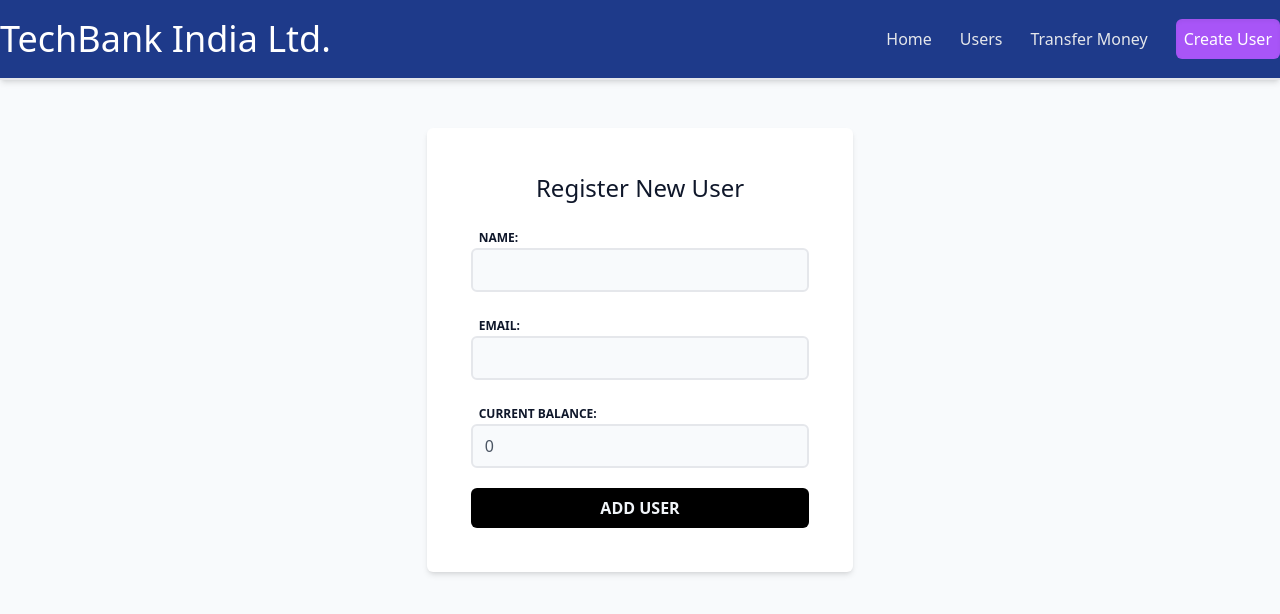
Repository: gauribhardwajj/Banking-System-TSF
Page: /createUser
An editor plug-in stored every save of this project. The page is shown before and after the next save, followed by the edit.
The browser window is 1280 px wide. The pictures show the whole page.
The project was rebuilt for these pictures with package versions that can differ from the ones it lists, and the page was loaded fresh each time. A package was used in the major version that the imports need, not the one package.json lists. The framework's server and built-in components were replaced by stand-ins that run in the browser. Also part of the build but not shown: next.config.js.

Above is the page before, as saved 2024-07-26 00:30:36.

### pages/createUser.js
import { useRouter } from "next/router";
import { useState } from "react";
import Navbar from "../components/Navbar";
import { createuser } from "../utils/request";
import Head from "next/head";

function CreateUser() {
  const [name, setName] = useState("");
  const [email, setEmail] = useState("");
  const [currentBalance, setCurrentBalance] = useState(0);
  const [errorMessage, setErrorMessage] = useState("");
  const [loading, setLoading] = useState(false);

  const router = useRouter();

  const createUser = async (e) => {
    e.preventDefault();
    if (loading) return;

    const payload = {
      name,
      email,
      currentBalance,
    };
    setLoading(true);
    const user = await createuser(payload);

    if (user.hasError) {
      setErrorMessage(user.errorMessage);
    } else {
      setErrorMessage("");
      setName("");
      setEmail("");
      setCurrentBalance(null);
      router.replace("/");
    }
    setLoading(false);
  };

  return (
    <div className="min-h-screen w-full bg-slate-50 text-slate-900 antialiased">
      <Head>
        <title>Add-User</title>
        <link rel="icon" href="/favicon.png" />
      </Head>

      <Navbar />

      <div className="grid place-items-center mt-12">
        <form
          onSubmit={createUser}
          className="mx-5 flex flex-col space-y-5 rounded-md bg-white p-11 shadow-md md:w-1/2 xl:w-1/3 2xl:w-1/4"
        >
          <h1 className="text-2xl text-center">Register New User</h1>
          {errorMessage && (
            <p className="mb-5 text-center text-sm font-semibold capitalize text-red-500">
              {errorMessage}
            </p>
          )}
          <div className="w-full">
            <label htmlFor="accnum" className="label">
              name:
            </label>
            <input
              className="input"
              value={name}
              onChange={(e) => setName(e.target.value)}
              type="text"
              name=""
              id=""
            />
          </div>

          <div className="w-full">
            <label htmlFor="accnum" className="label">
              Email:
            </label>
            <input
              className="input"
              value={email}
              onChange={(e) => setEmail(e.target.value)}
              type="email"
              name=""
              id=""
            />
          </div>

          <div className="w-full">
            <label htmlFor="accnum" className="label">
              Current Balance:
            </label>
            <input
              className="input"
              value={currentBalance}
              onChange={(e) => setCurrentBalance(Number(e.target.value))}
              type="number"
              name=""
              id=""
            />
          </div>

          <button
            className="rounded-md bg-black p-2 px-3 font-semibold uppercase text-slate-100 transition-all hover:bg-purple-500 hover:text-white hover:ring-2 hover:ring-purple-500 cursor-pointer text-center"
            type="submit"
          >
            Add User
          </button>
        </form>
      </div>
    </div>
  );
}

export default CreateUser;

### styles/globals.css
@tailwind base;
@tailwind components;
@tailwind utilities;

@layer base {
  html {
    -webkit-tap-highlight-color: transparent;
  }

  ::-webkit-scrollbar {
    width: 6px;
  }

  ::-webkit-scrollbar-track {
    -webkit-box-shadow: inset 0 0 6px rgba(0, 0, 0, 0.5);
    -webkit-border-radius: 10px;
    border-radius: 10px;
  }

  ::-webkit-scrollbar-thumb {
    -webkit-border-radius: 10px;
    border-radius: 10px;
    background: rgba(0, 0, 0, 0.4);
    -webkit-box-shadow: inset 0 0 6px rgba(0, 0, 0, 0.5);
  }

  ::-webkit-scrollbar-thumb:window-inactive {
    background: rgba(0, 0, 0, 0.6);
  }
}

@layer components {
  .link {
    @apply cursor-pointer select-none text-blue-500 transition-all hover:text-purple-400 hover:underline;
  }
  .active {
    @apply border-[0.2px] border-fuchsia-400 shadow-inner rounded-md p-2;
  }
  .input {
    @apply w-full rounded-md border-2 bg-slate-50 p-2 px-3 text-gray-600 outline-none focus-within:shadow-md;
  }
  .label {
    @apply p-2 text-xs font-semibold uppercase;
  }
}

### components/Navbar.js
// import { LogoutIcon, UserCircleIcon } from "@heroicons/react/outline";
import { useRouter } from "next/router";

function Navbar() {
  const router = useRouter();

  return (
    <div className={`h-20 bg-blue-900 border-b-2 shadow-md z-50`}>
      <div className="w-screen  px-5 md:px-0 md:max-w-screen-2xl xl:max-w-screen-xl mx-auto flex items-center justify-between h-full">
        <div>
          <h1
            onClick={() => router.push(`/`)}
            className="hidden md:inline-block font-Dongle text-4xl before:block before:absolute relative hover:cursor-pointer"
          >
            <span className="relative text-white">
              TechBank India Ltd.
            </span>
          </h1>
        </div>
        <ul className="flex items-center space-x-4 sm:space-x-7">
          <li
            onClick={() => router.push("/")}
            className={`link text-gray-200 hover:text-white text-sm sm:text-base ${
              router.pathname === "/" && "active"
            }`}
          >
            Home
          </li>
          <li
            onClick={() => router.push("/users")}
            className={`link text-gray-200 hover:text-white text-sm sm:text-base ${
              router.pathname === "/users" && "active"
            }`}
          >
            Users
          </li>
          <li
            onClick={() => router.push(`/transferMoney`)}
            className={`link text-gray-200 hover:text-white ${
              router.pathname === "/transferMoney" && "active"
            }`}
          >
            Transfer Money
          </li>
          <li
            onClick={() => router.push(`/createUser`)}
            className={`px-2 py-2 rounded-md cursor-pointer text-white hover:text-white bg-purple-500 hover:bg-purple-700 border-0 ${
              router.pathname === "/createUser" && "active"
            }`}
          >
            Create User
          </li>
        </ul>
      </div>
    </div>
  );
}

export default Navbar;

### utils/request.js
import axios from "axios";
import { server } from "../config";
import { getValue } from "./common";

export const createuser = async (payload) => {
  try {
    const res = await axios.post("/api/signup", payload);
    return res.data;
  } catch (error) {
    const errorMsg = getValue(error, ["response", "data"]);
    if (typeof errorMsg.errorMessage === "object") {
      if (
        errorMsg.errorMessage.code === 11000 &&
        "username" in errorMsg.errorMessage.keyValue
      ) {
        return { hasError: true, errorMessage: "Username already exists" };
      }
      if (
        errorMsg.errorMessage.code === 11000 &&
        "email" in errorMsg.errorMessage.keyValue
      ) {
        return { hasError: true, errorMessage: "Email already exists" };
      }
      return { hasError: true, errorMessage: "Invalid data" };
    }
    return errorMsg;
  }
};

export const getusers = async () => {
  try {
    const res = await axios.get(`${server}/api/user`);
    return res.data;
  } catch (error) {
    const errorMsg = getValue(error, ["response", "data"]);
    return errorMsg;
  }
};

export const getuser = async (id) => {
  try {
    const res = await axios.get(`${server}/api/user/${id}`);
    return res.data;
  } catch (error) {
    const errorMsg = getValue(error, ["response", "data"]);
    return errorMsg;
  }
};

export const sendmoney = async (payload) => {
  try {
    const res = await axios.put(`${server}/api/transferMoney`, payload);
    return res.data;
  } catch (error) {
    const errorMsg = getValue(error, ["response", "data"]);
    return errorMsg;
  }
};

### config/index.js
const dev = process.env.NODE_ENV !== "production";

export const server = dev
  ? "http://localhost:3000"
  : "https://banking-system-grip-tsf.vercel.app";

### utils/common.js
export const errorHandler = (data, res, code = 400) => {
  res.status(code).json({
    hasError: true,
    errorMessage: data,
  });
};

export const responseHandler = (data, res, code = 200) => {
  res.status(code).json({
    hasError: false,
    data,
  });
};

export const validateAllOnce = (fields) => {
  for (let key in fields) {
    if (typeof fields[key] === "string") {
      if (fields[key].trim() === "") {
        throw `${key} required`;
      }
    } else {
      if (fields[key] === null) {
        throw `${key} required`;
      }
    }
  }
};

export const hasOnlyNumbers = (str) => {
  if (!/^[0-9]+$/.test(str)) {
    throw `Amount should contain only numbers`;
  }
};

export const getValue = (obj, path, defaultValue) => {
  try {
    if (!(obj instanceof Array)) {
      let myValue = obj;
      for (const key of path) {
        if (!key) {
          break;
        }
        if (!key in myValue) {
          return defaultValue;
        } else {
          myValue = myValue[key];
        }
      }
      return myValue;
    }
  } catch (error) {
    return defaultValue;
  }
};

Loaded but not shown: pages/_app.js (common file); tailwind.config.js (common file)

After the next save:
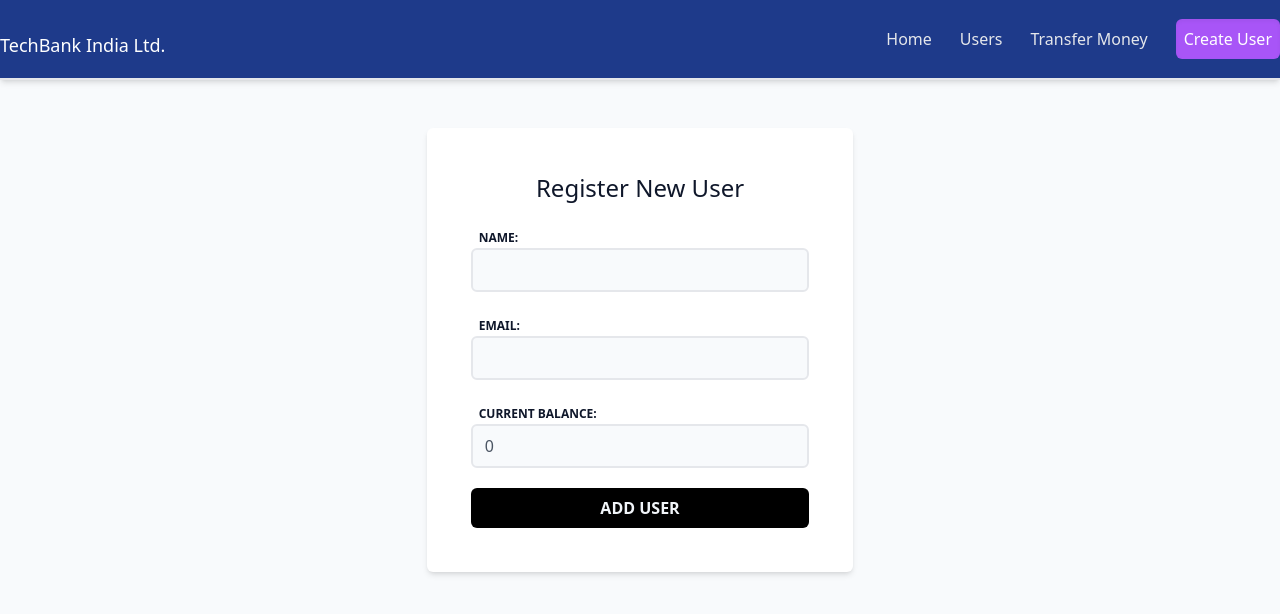
Saved 26 s later.
--- a/components/Navbar.js
+++ b/components/Navbar.js
@@ -12,7 +12,7 @@ function Navbar() {
             onClick={() => router.push(`/`)}
             className="hidden md:inline-block font-Dongle text-4xl before:block before:absolute relative hover:cursor-pointer"
           >
-            <span className="relative text-white">
+            <span className="relative text-white text-lg">
               TechBank India Ltd.
             </span>
           </h1>
